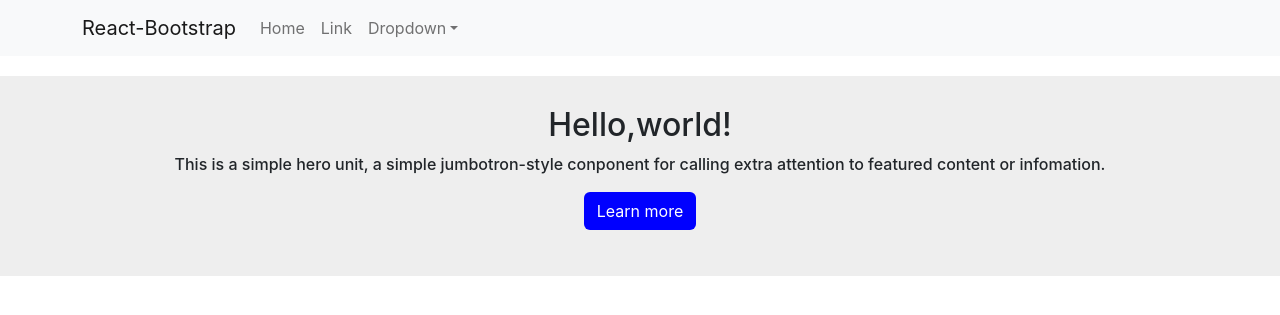
Repository: sonchangdo/mokdong
Page: / (app in shop/)
The author's editor kept a copy of each file at every save. The page is drawn from the files as they stood at one save, then again after the next save.
The browser window is 1280 px wide. The pictures show the whole page.
The project was rebuilt for these pictures with package versions that can differ from the ones it lists, and the page was loaded fresh each time.

Above is the page before, as saved 2022-01-10 12:27:48.

After the next save:
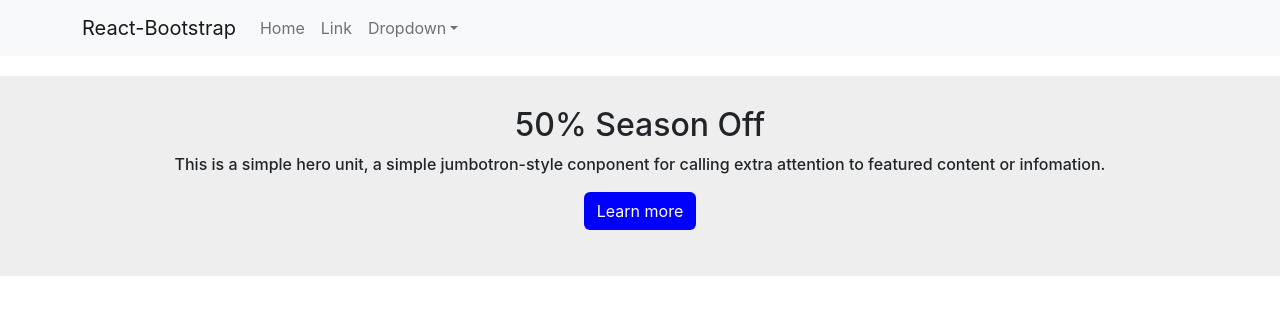
Saved 43 s later.
--- a/shop/src/App.js
+++ b/shop/src/App.js
@@ -26,7 +26,7 @@ function App() {
         </Container>
       </Navbar>
       <div className="jumbotron">
-        <h2>Hello,world!</h2>
+        <h2>50% Season Off</h2>
         <p>This is a simple hero unit, a simple jumbotron-style conponent for calling
           extra attention to featured content or infomation.
         </p>
